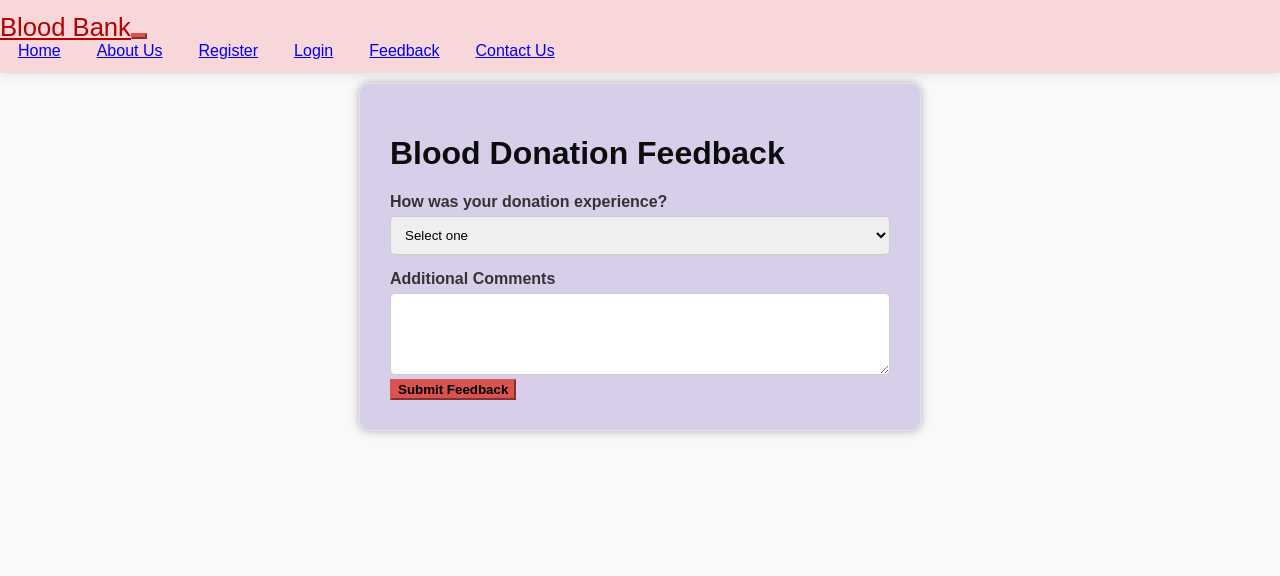
Repository: krismehta02/MINI-PROJECT-MAY
Page: /feedback (app in blood-donation-frontend/)
An editor plug-in stored every save of this project. The page is shown before and after the next save, followed by the edit.
The browser window is 1280 px wide. The pictures show the whole page.
The project was rebuilt for these pictures with package versions that can differ from the ones it lists, and the page was loaded fresh each time. Also part of the build but not shown: blood-donation-frontend/vite.config.js, blood-donation-frontend/src/pages/Home.jsx, blood-donation-frontend/src/pages/AboutUs.jsx, blood-donation-frontend/src/pages/Register.jsx, blood-donation-frontend/src/pages/Login.jsx, blood-donation-frontend/src/pages/ContactUs.jsx, blood-donation-frontend/src/pages/PatientDashboard.jsx, blood-donation-frontend/src/pages/DonorDashboard.jsx.

Above is the page before, as saved 2025-05-12 06:31:39.

### blood-donation-frontend/src/index.css
body {
  font-family: Arial, sans-serif;
  background-color: #f9f9f9;
  margin: 0;
  padding: 0;
}

.container {
  background-color: #ffffff;
  padding: 20px 30px;
  border-radius: 10px;
  box-shadow: 0 2px 15px rgba(0,0,0,0.1);
  margin-bottom: 40px;
  margin-top: 100px; /* Prevent navbar overlap */
  max-width: 900px; /* Set max width for page content */
  margin-left: auto;
  margin-right: auto;
  text-align: center;
}

.container h1 {
  color: #d9534f;
  margin-bottom: 20px;
}

.container textarea {
  resize: none;
}

button {
  background-color: #d9534f;
  border-color: #d9534f;
}

button:hover {
  background-color: #c9302c;
  border-color: #ac2925;
}

.container label {
  font-weight: bold;
}

.container textarea {
  margin-bottom: 20px;
  border-radius: 5px;
  padding: 10px;
}

### blood-donation-frontend/src/App.jsx
import React from 'react';
import { BrowserRouter as Router, Routes, Route } from 'react-router-dom';
import AppNavbar from './components/Navbar';
import Home from './pages/Home';
import AboutUs from './pages/AboutUs';
import Register from './pages/Register';
import Login from './pages/Login';
import Feedback from './pages/Feedback';
import ContactUs from './pages/ContactUs';
import PatientDashboard from './pages/PatientDashboard';
import DonorDashboard from './pages/DonorDashboard'; // New import

function App() {
  return (
    <Router>
      <AppNavbar />
      <Routes>
        <Route path="/" element={<Home />} />
        <Route path="/about" element={<AboutUs />} />
        <Route path="/register" element={<Register />} />
        <Route path="/login" element={<Login />} />
        <Route path="/feedback" element={<Feedback />} />
        <Route path="/contact" element={<ContactUs />} />
        {/* Protected Dashboard Routes */}
        <Route path="/patient-dashboard" element={<PatientDashboard />} />
        <Route path="/donor-dashboard" element={<DonorDashboard />} /> {/* New route */}
      </Routes>
    </Router>
  );
}

export default App;

### blood-donation-frontend/src/components/Navbar.jsx
import { Container, Nav, Navbar } from "react-bootstrap";
import { Link } from "react-router-dom";

function AppNavbar() {
  return (
    <Navbar
      expand="lg"
      sticky="top"
      style={{
        backgroundColor: "#f8d7da",
        paddingTop: "0.8rem",
        paddingBottom: "0.8rem",
        boxShadow: "0 2px 10px rgba(0, 0, 0, 0.1)",
      }}
    >
      <Container fluid="md">
        <Navbar.Brand
          as={Link}
          to="/"
          className="fw-bold"
          style={{ fontSize: "1.6rem", color: "#b30000" }}
        >
          Blood Bank
        </Navbar.Brand>

        <Navbar.Toggle aria-controls="navbar-nav" className="border-0" />
        <Navbar.Collapse id="navbar-nav" className="justify-content-end">
          <Nav className="gap-2">
            {[
              { to: "/", label: "Home" },
              { to: "/about", label: "About Us" },
              { to: "/register", label: "Register" },
              { to: "/login", label: "Login" },
              { to: "/feedback", label: "Feedback" },
              { to: "/contact", label: "Contact Us" },
            ].map((item, index) => (
              <Nav.Link
                key={index}
                as={Link}
                to={item.to}
                className="btn btn-outline-danger"
                style={{
                  borderRadius: "30px",
                  padding: "6px 18px",
                  fontWeight: 500,
                }}
              >
                {item.label}
              </Nav.Link>
            ))}
          </Nav>
        </Navbar.Collapse>
      </Container>
    </Navbar>
  );
}

export default AppNavbar;

### blood-donation-frontend/src/pages/Feedback.jsx
import React, { useState } from 'react';
import '../Feedback.css';

function Feedback() {
  const [formData, setFormData] = useState({
    rating: '',
    comments: '',
  });

  const handleChange = (e) => {
    const { name, value } = e.target;
    setFormData((prev) => ({
      ...prev,
      [name]: value,
    }));
  };

  const handleSubmit = (e) => {
    e.preventDefault();
    console.log('Feedback submitted:', formData);
    alert('Thank you for your feedback!');
    setFormData({ name: '', email: '', rating: '', comments: '' });
  };

  return (
    <div className="feedback-container">
      <h1>Blood Donation Feedback</h1>
      <form onSubmit={handleSubmit}>


        <label htmlFor="rating">How was your donation experience?</label>
        <select
          id="rating"
          name="rating"
          value={formData.rating}
          onChange={handleChange}
          required
        >
          <option value="">Select one</option>
          <option value="excellent">Excellent</option>
          <option value="good">Good</option>
          <option value="okay">Okay</option>
          <option value="bad">Bad</option>
        </select>

        <label htmlFor="comments">Additional Comments</label>
        <textarea
          id="comments"
          name="comments"
          rows="4"
          value={formData.comments}
          onChange={handleChange}
        ></textarea>

        <button type="submit">Submit Feedback</button>
      </form>
    </div>
  );
}

export default Feedback;

### blood-donation-frontend/src/Home.css
/* Hero Video Banner */
.video-container {
  position: relative;
 height: 65vh;
  overflow: hidden;
  margin-top: 70px;

}
.video-container video.hero-video {
  width: 100%;
  height:100%;
  object-fit: cover;
  top:0;
  left:0;
}


.welcome-card {
  background-color: rgba(255, 255, 255, 0.95);
  border-radius: 20px;
  box-shadow: 0 8px 24px rgba(0, 0, 0, 0.1);
  transition: transform 0.3s;
}
.welcome-card:hover {
  transform: scale(1.01);
}


.did-you-know-card {
  background-color: rgba(255, 255, 255, 0.92);
  border-radius: 15px;
  box-shadow: 0 4px 20px rgba(0, 0, 0, 0.1);
  margin-top: 2rem;
}
.did-you-know-card ul {
  list-style: none;
  padding-left: 0;
}
.did-you-know-card li {
  font-weight: 500;
  font-size: 1.05rem;
  color: #333;
  margin-bottom: 0.75rem;
}

/* Video Wrapper */
.video-wrapper {
  position: relative;
  width: 100%;
  border-radius: 12px;
  overflow: hidden;
  box-shadow: 0 4px 16px rgba(0, 0, 0, 0.1);
}

/* Responsive */
@media (max-width: 768px) {
  .video-container {
    height: 40vh;
  }
  .welcome-card,
  .did-you-know-card {
    padding: 1rem;
    margin: 1rem 0;
  }
  h1,
  h2 {
    font-size: 1.6rem;
  }
  p,
  li {
    font-size: 0.95rem;
  }


}

### blood-donation-frontend/src/Register.css
.register-background {
    background-image: url('../assets/download1.jpg');
    background-size: cover;
    background-position: center;
    min-height: 80vh;
    padding-top: 10px;
  }

/*.register-container {
  max-width: 500px;
  margin: 50px auto;
  padding: 60px;
  background-color: #F48FB1;
  border: 2px solid #b80000;
  box-shadow: 0 0 10px rgba(0, 0, 0, 0.1);
  }*/

  .register-container {
    background-color: rgba(255, 255, 255, 0.2);
    backdrop-filter: blur(8px);
    border: 1px solid rgba(255, 255, 255, 0.3);
    box-shadow: 0 0 10px rgba(0, 0, 0, 0.3);
    padding: 30px;
    max-width: 500px;
    margin: 10px auto;
    border-radius: 10px;
    color: #0c0c0c;
  }


  .register-container h1 {
    text-align: center;
    color: #333;
    margin-bottom: 5px;
  }

  .register-container .form-label {
    display: block;
    margin-bottom: 10px;  /* This adds spacing between the label and the input */
    font-weight: 500;
  }

  .register-container .form-control {
    width: 100%;           /* fill the container */
    max-width: 500px;      /* optional: limit width */
    padding: 10px;
    border-radius: 5px;
  }

.form-group,
.mt-3 {
  margin-bottom: 5px;
}

/* Flex row container for horizontal layout */
.form-row {
    display: flex;
    gap: 20px;
    justify-content: space-between;
    margin-bottom: 10px;
  }

  /* Make both inputs in a row take equal space */
  .form-row .form-group {
    flex: 1;
  }


  form .form-label {
    font-weight: 500;
  }

  form .form-control {
    border-radius: 5px;
    padding: 10px;
  }

  button {
    font-weight: bold;
  }

### blood-donation-frontend/src/Feedback.css
.feedback-container {
    background-color: rgba(80, 40, 173, 0.2);
    backdrop-filter: blur(8px);
    border: 1px solid rgba(255, 255, 255, 0.3);
    box-shadow: 0 0 10px rgba(0, 0, 0, 0.3);
    padding: 30px;
    max-width: 500px;
    margin: 10px auto;
    border-radius: 10px;
    color: #0c0c0c;
  }

  /*.feedback-container h1 {
    text-align: center;
    color: #b71c1c;
    margin-bottom: 20px;
  }*/

  label {
    display: block;
    margin-top: 15px;
    margin-bottom: 5px;
    font-weight: bold;
    color: #333;
  }

  input,
  select,
  textarea {
    width: 100%;
    padding: 10px;
    border-radius: 5px;
    border: 1px solid #ccc;
    box-sizing: border-box;
  }

  /*button {
    margin-top: 20px;
    width: 100%;
    padding: 12px;
    background-color: #d32f2f;
    color: #fff;
    font-weight: bold;
    border: none;
    border-radius: 5px;
    cursor: pointer;
  }*/

  button:hover {
    background-color: #b71c1c;
  }

Loaded but not shown: blood-donation-frontend/index.html (common file); blood-donation-frontend/src/main.jsx (common file)

After the next save:
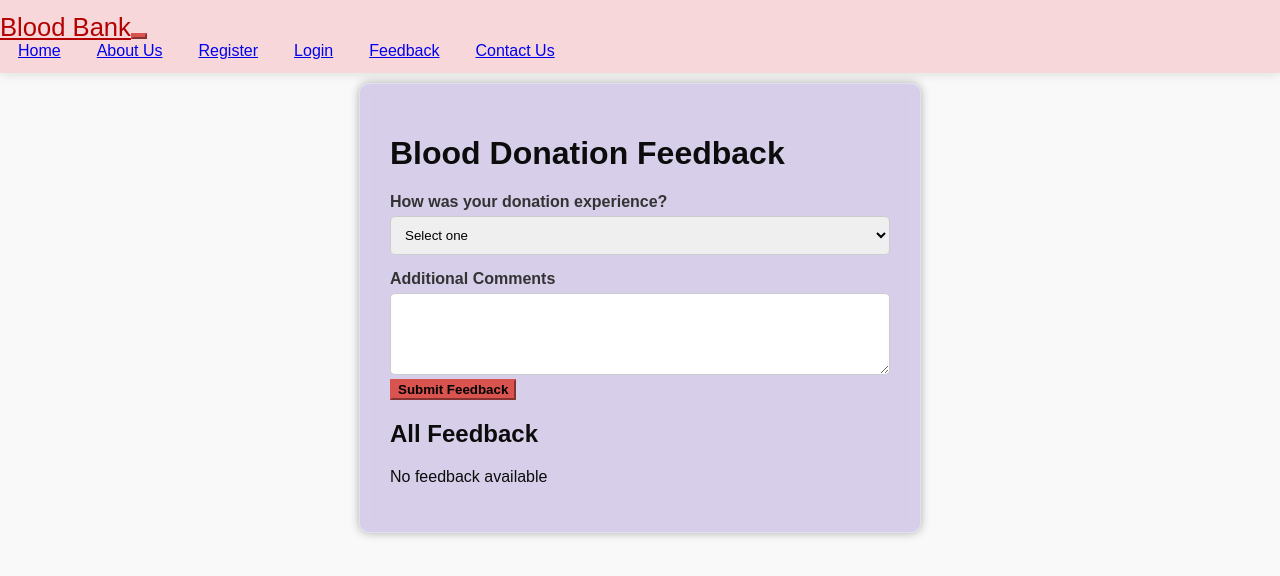
Saved 21 min 43 s later.
--- a/blood-donation-frontend/src/pages/Feedback.jsx
+++ b/blood-donation-frontend/src/pages/Feedback.jsx
@@ -7,27 +7,32 @@
     comments: '',
   });
 
+  const [feedbackList, setFeedbackList] = useState([]);
+
+  // Handle form input changes
   const handleChange = (e) => {
     const { name, value } = e.target;
-    setFormData((prev) => ({
-      ...prev,
-      [name]: value,
-    }));
+    setFormData({ ...formData, [name]: value });
   };
 
+  // Handle form submission (Create feedback)
   const handleSubmit = (e) => {
     e.preventDefault();
-    console.log('Feedback submitted:', formData);
-    alert('Thank you for your feedback!');
-    setFormData({ name: '', email: '', rating: '', comments: '' });
+
+    // Here we simulate submitting feedback
+    const newFeedback = { ...formData, id: feedbackList.length + 1 };
+    setFeedbackList([...feedbackList, newFeedback]);
+
+    // Reset form after submission
+    setFormData({ rating: '', comments: '' });
+
+    alert('Feedback submitted successfully!');
   };
 
   return (
     <div className="feedback-container">
       <h1>Blood Donation Feedback</h1>
       <form onSubmit={handleSubmit}>
-
-
         <label htmlFor="rating">How was your donation experience?</label>
         <select
           id="rating"
@@ -54,6 +59,22 @@
 
         <button type="submit">Submit Feedback</button>
       </form>
+
+      <div className="feedback-list">
+        <h2>All Feedback</h2>
+        {feedbackList.length > 0 ? (
+          <ul>
+            {feedbackList.map((feedback) => (
+              <li key={feedback.id}>
+                <div><strong>Rating:</strong> {feedback.rating}</div>
+                <div><strong>Comments:</strong> {feedback.comments}</div>
+              </li>
+            ))}
+          </ul>
+        ) : (
+          <p>No feedback available</p>
+        )}
+      </div>
     </div>
   );
 }

After the save that followed:
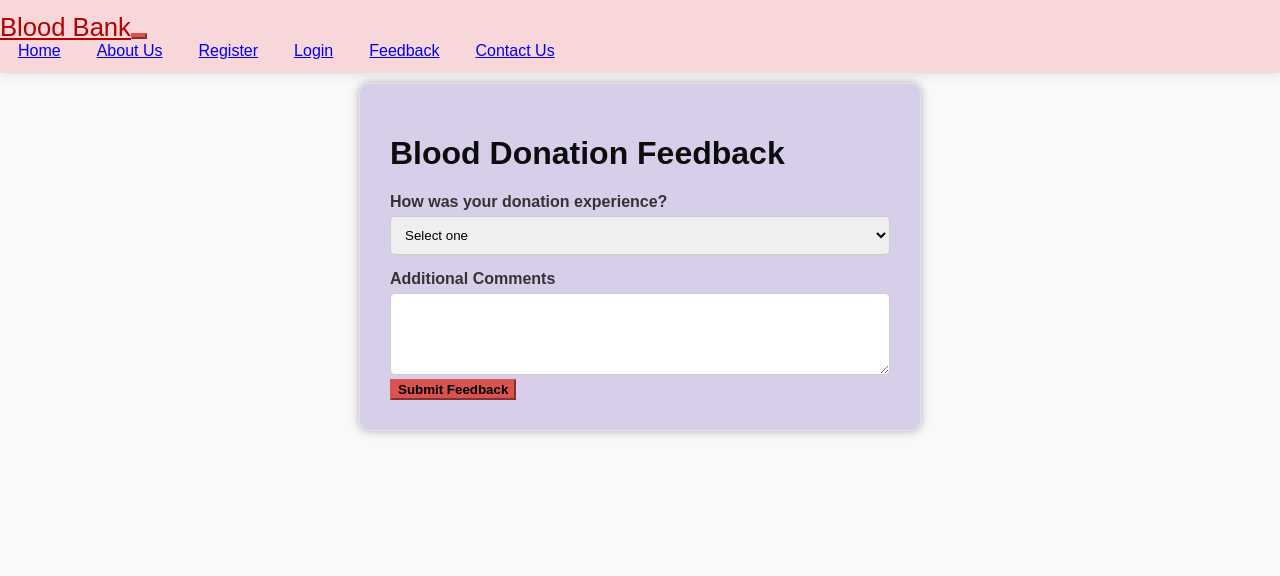
Saved 9 min 54 s later.
--- a/blood-donation-frontend/src/pages/Feedback.jsx
+++ b/blood-donation-frontend/src/pages/Feedback.jsx
@@ -7,8 +7,6 @@
     comments: '',
   });
 
-  const [feedbackList, setFeedbackList] = useState([]);
-
   // Handle form input changes
   const handleChange = (e) => {
     const { name, value } = e.target;
@@ -16,17 +14,40 @@
   };
 
   // Handle form submission (Create feedback)
-  const handleSubmit = (e) => {
+  const handleSubmit = async (e) => {
     e.preventDefault();
 
-    // Here we simulate submitting feedback
-    const newFeedback = { ...formData, id: feedbackList.length + 1 };
-    setFeedbackList([...feedbackList, newFeedback]);
+    // Check if rating and comments are filled
+    if (!formData.rating || !formData.comments) {
+      alert('Please provide both rating and comments.');
+      return;
+    }
 
-    // Reset form after submission
-    setFormData({ rating: '', comments: '' });
+    // Sending the feedback data to the server using fetch
+    try {
+      const response = await fetch('http://localhost:5000/submitFeedback', {
+        method: 'POST',
+        headers: {
+          'Content-Type': 'application/json',
+        },
+        body: JSON.stringify({
+          rating: formData.rating,
+          comments: formData.comments,
+        }),
+      });
 
-    alert('Feedback submitted successfully!');
+      const data = await response.json();
+
+      if (response.ok) {
+        alert('Feedback submitted successfully!');
+        setFormData({ rating: '', comments: '' }); // Reset form after successful submission
+      } else {
+        alert('Failed to submit feedback. Please try again later.');
+      }
+    } catch (error) {
+      console.error('Error submitting feedback:', error);
+      alert('Error submitting feedback. Please try again later.');
+    }
   };
 
   return (
@@ -59,22 +80,6 @@
 
         <button type="submit">Submit Feedback</button>
       </form>
-
-      <div className="feedback-list">
-        <h2>All Feedback</h2>
-        {feedbackList.length > 0 ? (
-          <ul>
-            {feedbackList.map((feedback) => (
-              <li key={feedback.id}>
-                <div><strong>Rating:</strong> {feedback.rating}</div>
-                <div><strong>Comments:</strong> {feedback.comments}</div>
-              </li>
-            ))}
-          </ul>
-        ) : (
-          <p>No feedback available</p>
-        )}
-      </div>
     </div>
   );
 }
